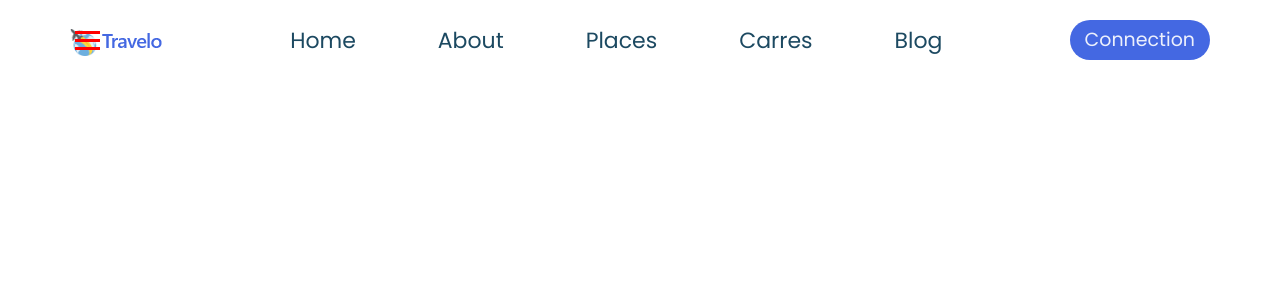
Repository: kuluong2000/travel
Page: index.html
An editor plug-in stored every save of this project. The page is shown before and after the next save, followed by the edit.
The browser window is 1280 px wide. The pictures show the whole page.
The style sheet was rebuilt from its Sass, Less or Tailwind sources for each picture, by a compiler version that may differ from the author's.

Above is the page before, as saved 2021-09-03 22:16:18.

### index.html
<!DOCTYPE html>
<html lang="en">
  <head>
    <meta charset="UTF-8" />
    <meta http-equiv="X-UA-Compatible" content="IE=edge" />
    <meta name="viewport" content="width=device-width, initial-scale=1.0" />
    <link rel="stylesheet" href="./libs/css/bootstrap.min.css" />
    <link rel="stylesheet" href="./libs/css/animate.css" />
    <link rel="stylesheet" href="./libs/css/slick-theme.css" />
    <link rel="stylesheet" href="./libs/css/slick.css" />
    <link rel="stylesheet" href="./assets/css/reset.css" />
    <link rel="stylesheet" href="./assets/css/style.css" />
    <link rel="stylesheet" href="./assets/css/responsive.css" />
    <title>Document</title>
  </head>
  <body>
    <header class="header">
      <div class="container">
        <div class="row">
          <div class="header__main">
            <div class="header__logo">
              <a href="/">
                <img src="./assets/image/logo.png" alt="" srcset="" />
              </a>
            </div>
            <div class="sub-menu">
              <div class="line1"></div>
              <div class="line2"></div>
              <div class="line3"></div>
            </div>
            <nav>
              <ul class="header__menu">
                <li class="header__menu__item">
                  <a class="header__mennu__item__link" href="/">Home</a>
                </li>
                <li class="header__menu__item">
                  <a class="header__mennu__item__link" href="/">About</a>
                </li>
                <li class="header__menu__item">
                  <a class="header__mennu__item__link" href="/">Places</a>
                </li>
                <li class="header__menu__item">
                  <a class="header__mennu__item__link" href="/">Carres</a>
                </li>
                <li class="header__menu__item">
                  <a class="header__mennu__item__link" href="/">Blog</a>
                </li>
              </ul>
            </nav>
            <a href="#" class="header__conn"> Connection </a>
          </div>
        </div>
      </div>
    </header>

    <script src="./libs/Js/jquery-3.5.1.slim.min.js"></script>
    <script src="./libs/Js/bootstrap.min.js"></script>
    <script src="./libs/Js/slick.min.js"></script>
    <script src="./libs/Js/wow.js"></script>
  </body>
</html>

### assets/css/reset.css
html, body, div, span, applet, object, iframe,
h1, h2, h3, h4, h5, h6, p, blockquote, pre,
a, abbr, acronym, address, big, cite, code,
del, dfn, em, img, ins, kbd, q, s, samp,
small, strike, strong, sub, sup, tt, var,
b, u, i, center,
dl, dt, dd, ol, ul, li,
fieldset, form, label, legend,
table, caption, tbody, tfoot, thead, tr, th, td,
article, aside, canvas, details, embed,
figure, figcaption, footer, header, hgroup,
menu, nav, output, ruby, section, summary,
time, mark, audio, video {
	margin: 0;
	padding: 0;
	border: 0;
	font-size: 100%;
	vertical-align: baseline;
}
/* HTML5 display-role reset for older browsers */
article, aside, details, figcaption, figure,
footer, header, hgroup, menu, nav, section {
	display: block;
}
* {
	box-sizing: border-box;
}
body {
	line-height: 1;
  font-family: 'Muli', sans-serif;


  font-style: normal;
  font-weight: normal;
  font-size: 16px;
  line-height: 32px;
}
ol, ul {
	list-style: none;
}
blockquote, q {
	quotes: none;
}
blockquote:before, blockquote:after,
q:before, q:after {
	content: '';
	content: none;
}
table {
	border-collapse: collapse;
	border-spacing: 0;
}

img {
  max-width: 100%;
	vertical-align: bottom;
}
a {
	outline: none;
}

### assets/css/responsive.css

@media (min-width:1920px){
    .container{
        max-width: 1804px;
    }
}
@media (min-width:1400px) and (max-width:1919px){

}
@media (min-width:1200px) and (max-width:1399px){

}
@media (min-width:992px) and (max-width:1199px){
    .header__menu__item:not(:first-child) {
        margin-left: 65px;
    }
}
@media (min-width:768px) and (max-width:991px){
    .header__menu__item:not(:first-child) {
        margin-left: 25px;
    }
    .header__conn {

        font-size: 16px;
        padding: 3px 10px;
    }
}
@media  (max-width:767px){
    .container{
        max-width: 100%;
        padding: 0;
        margin:0 1%;
    }
}

### assets/sass/style.scss
@import "global";
@import "variable";
@import "header";

### assets/sass/_global.scss
@import url('https://fonts.googleapis.com/css2?family=Montserrat:wght@300;400;500;600;700;800;900&family=Poppins:wght@300;400;500;600;700;800;900&display=swap');
*{
    padding: 0;
    margin: 0;
    box-sizing: border-box;
}
body{
    font-family: 'Poppins', sans-serif;
    line-height: 1.6;
    font-size: 20px;

}

### assets/sass/_variable.scss
$color-white:#FFFFFF;
$color-dark-blue:#1C4961;
$color-blue:#4468E2;
$color-light-blue:#E1E8F8;
$color-black:#000000;
$color-text:#163235;
$color-gray:#848484

### assets/sass/_header.scss
.header{
    position: relative;
    &__main{
        display:flex;
        justify-content: space-between;
        align-items: center;
        padding:20px 0

    }
    &__logo{
        display: inline-block;

    }
    &__menu{
        display:flex;
        justify-content: space-between;
        align-items: center;

    }
    &__menu__item:not(:first-child){
        margin-left: 82px;
    }
    &__mennu__item__link{
        text-decoration: none;
        color: $color-dark-blue;
        font-size: 22px;
        position: relative;
        &::after{
            content: '';
            position: absolute;
            width: 100%;
            height: 2px;
            background-color: $color-blue;
            left: 0;
            bottom: 0;
            transition: 0.5s;
            transform: scale(0);
        }
        &:hover::after{
            transform: scale(1);
        }
    }
    &__conn{
        text-decoration: none;
        background-color: $color-blue;
        color:rgba($color-white, $alpha: 0.9) ;
        font-size: 19px;
        border-radius: 25px;
        padding:5px 15px;
        transition: 0.5s;

        &:hover{
             color:rgba($color-white, $alpha: 1) ;
            background-color: $color-dark-blue;
        }
    }
}
.sub-menu{
    position: absolute;

}
.sub-menu div {
    cursor: pointer;
    width: 25px;
    height: 3px;
    background-color: red;
    margin: 5px;
    transition: transform 0.5s linear;
}

Loaded but not shown: libs/css/bootstrap.min.css (library); libs/css/animate.css (library); libs/css/slick-theme.css (library); libs/css/slick.css (common file); libs/Js/jquery-3.5.1.slim.min.js (library); libs/Js/bootstrap.min.js (library); libs/Js/slick.min.js (library); libs/Js/wow.js (library)

After the next save:
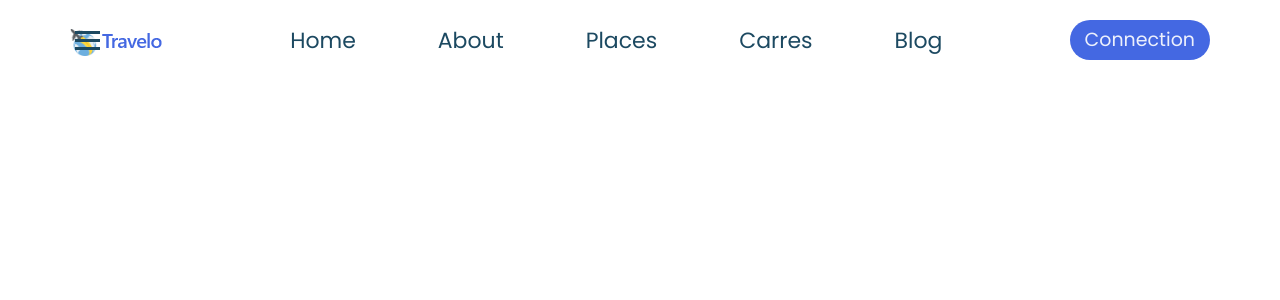
Saved 14 s later.
--- a/assets/sass/_header.scss
+++ b/assets/sass/_header.scss
@@ -63,7 +63,7 @@
     cursor: pointer;
     width: 25px;
     height: 3px;
-    background-color: red;
+    background-color: $color-dark-blue;
     margin: 5px;
     transition: transform 0.5s linear;
 }
